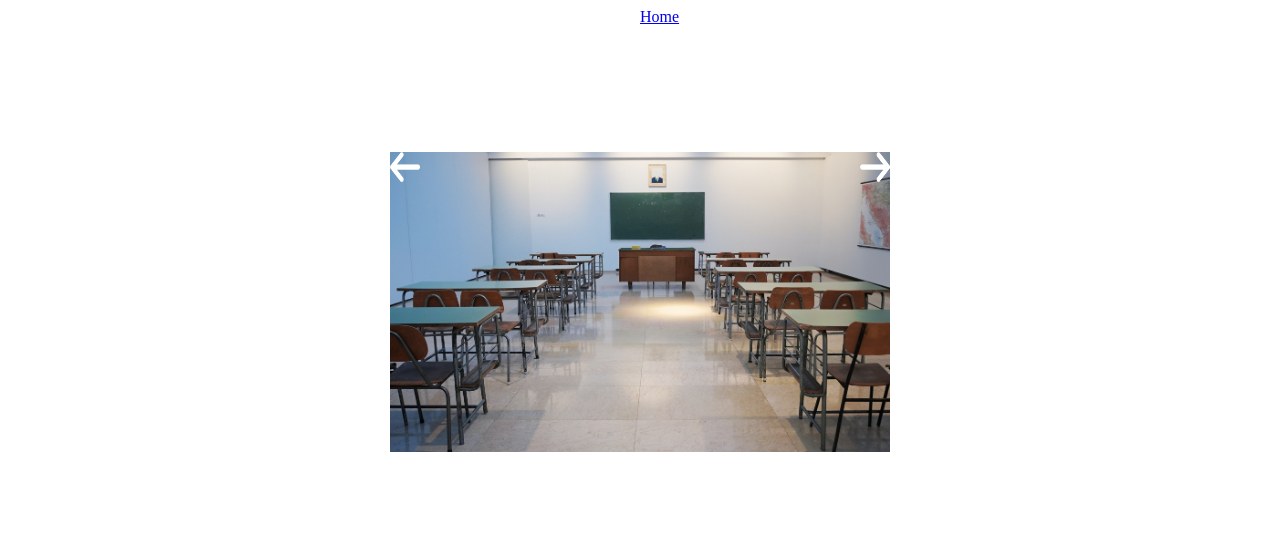
Repository: anoncoderin/dcd-week3-useEffect-carousel
Page: /carouselPage
An editor plug-in stored every save of this project. The page is shown before and after a run of saves, followed by the edit.
The browser window is 1280 px wide. The pictures show the whole page.
The project was rebuilt for these pictures with package versions that can differ from the ones it lists, and the page was loaded fresh each time. The framework's server and built-in components were replaced by stand-ins that run in the browser. Also part of the build but not shown: next.config.js.

Above is the page before, as saved 2023-02-20 13:44:40.

After the next 5 saves:
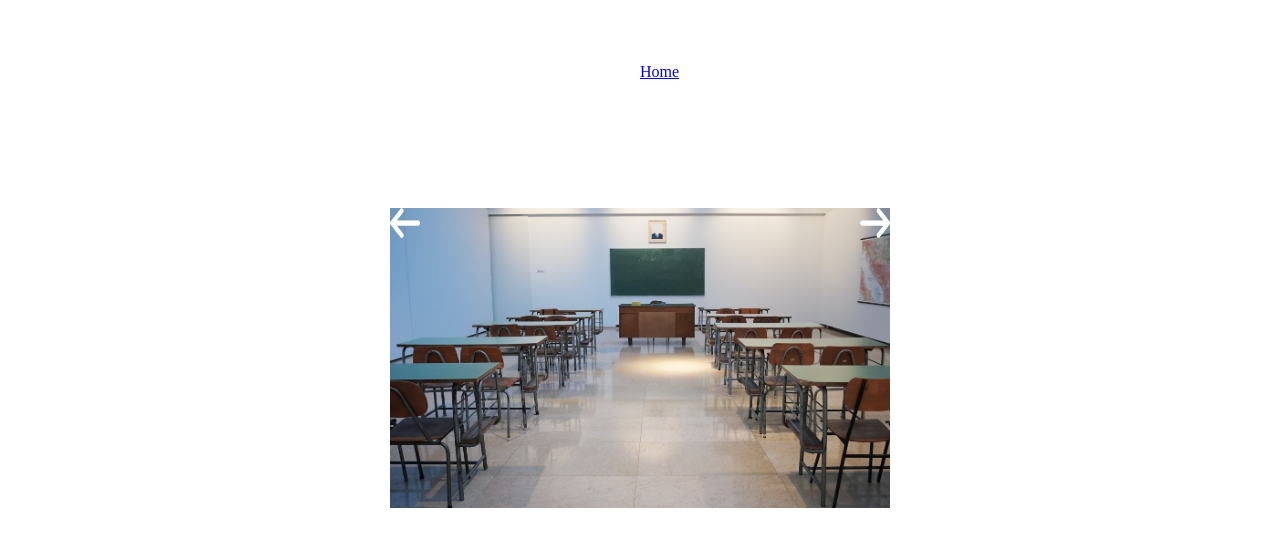
The 5 saves are shown as one change because they came seconds apart.
The last was saved 21 s later.
--- a/styles/carouselPage.module.css
+++ b/styles/carouselPage.module.css
@@ -1,3 +1,4 @@
 .page{
     margin-left: 50%;
+    margin-top: 5%;
 }
